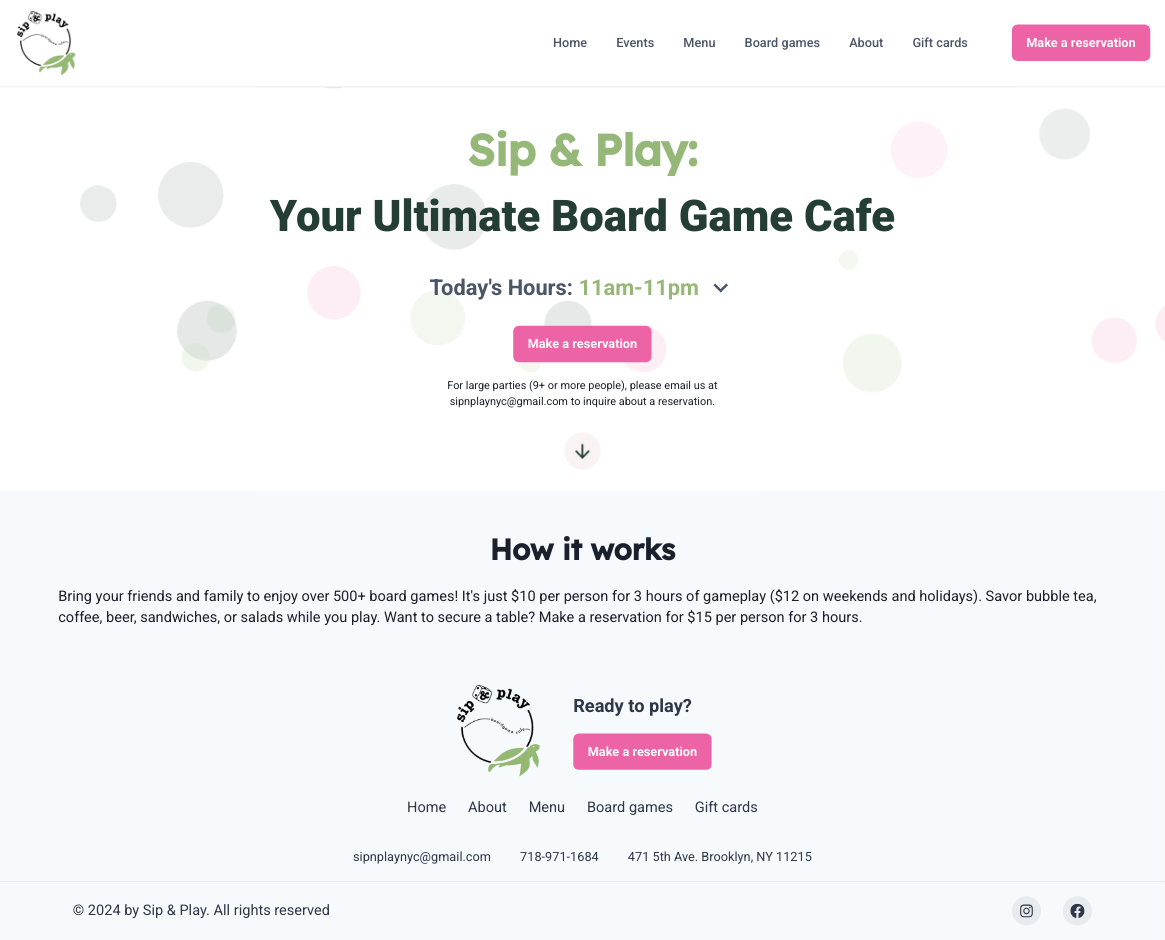
Repository: natespinetti/codedexsummerhackathon
Page: /
These files come from the project's save history. The page is drawn as it stood at one moment and after a run of saves; the edit follows.
The browser window is 1280 px wide. The pictures show the whole page, at 91% of full size.
The project was rebuilt for these pictures with package versions that can differ from the ones it lists, and the page was loaded fresh each time. The framework's server and built-in components were replaced by stand-ins that run in the browser. Also part of the build but not shown: next.config.mjs.

Above is the page before, as saved 2024-07-11 16:50:04.

After the next 3 saves:
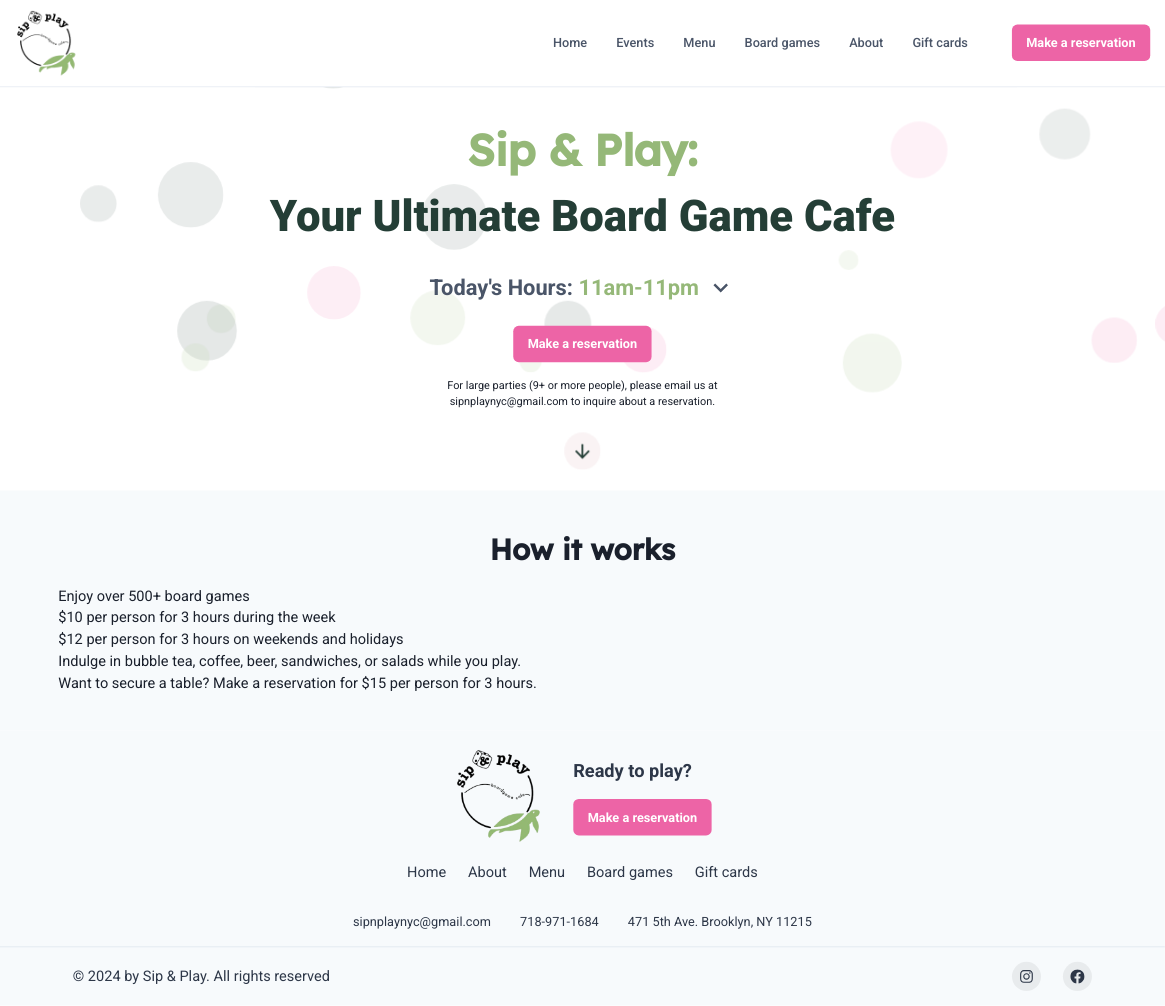
The 3 saves are shown as one change because 1 did not build or start and some came seconds apart.
The last was saved 2 min 4 s later.
--- a/app/page.tsx
+++ b/app/page.tsx
@@ -1,6 +1,6 @@
 import Image from "next/image";
 import HomeHero from "./components/HomeHero";
-import { Box, Text, Button, keyframes } from "@chakra-ui/react";
+import { Box, Text, Button, keyframes, ListItem, List } from "@chakra-ui/react";
 
 export default function Home() {
   return (
@@ -18,12 +18,20 @@
           >
             How it works
           </Text>
+          <List>
+            <ListItem>Enjoy over 500+ board games</ListItem>
+            <ListItem>$10 per person for 3 hours during the week</ListItem>
+            <ListItem>
+              $12 per person for 3 hours on weekends and holidays
+            </ListItem>
+            <ListItem>
+              Indulge in bubble tea, coffee, beer, sandwiches, or salads while
+              you play.
+            </ListItem>
+          </List>
           <Text>
-            Bring your friends and family to enjoy over 500+ board games! It's
-            just $10 per person for 3 hours of gameplay ($12 on weekends and
-            holidays). Savor bubble tea, coffee, beer, sandwiches, or salads
-            while you play. Want to secure a table? Make a reservation for $15
-            per person for 3 hours.
+            Want to secure a table? Make a reservation for $15 per person for 3
+            hours.
           </Text>
         </Box>
       </Box>
